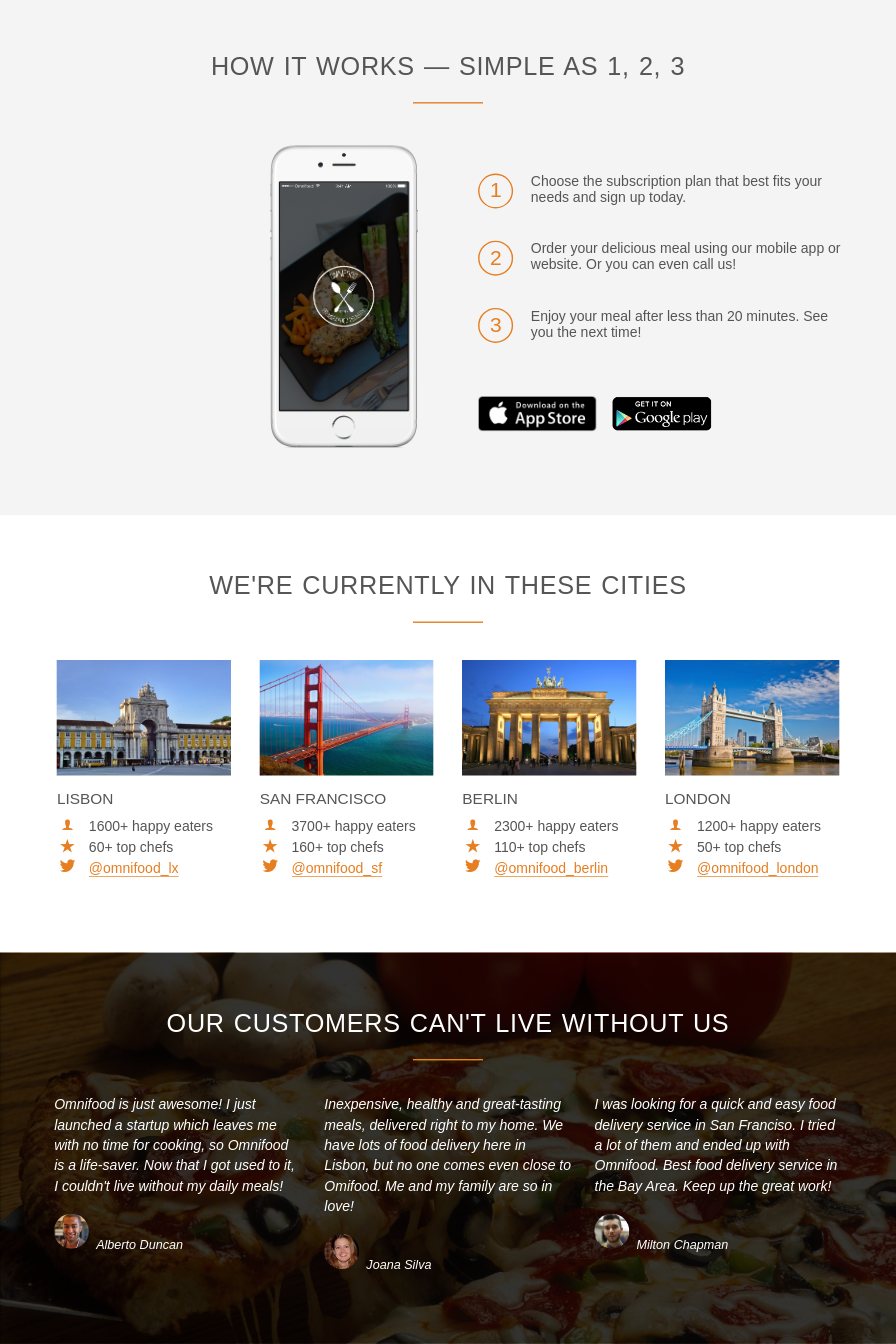
Repository: pboi18/E-Foods
Page: index.html
The author's editor kept a copy of each file at every save. The page is drawn from the files as they stood at one save, then again after the next save.
The browser window is 1280 px wide. The pictures show the part of the page from y = 1927 to 3847 px (the page is 3847 px tall before and 3838 px after), at 70% of full size.
Backgrounds fixed to the window are drawn as part of the page.

Above is the page before, as saved 2020-07-13 18:06:25.

After the next save:
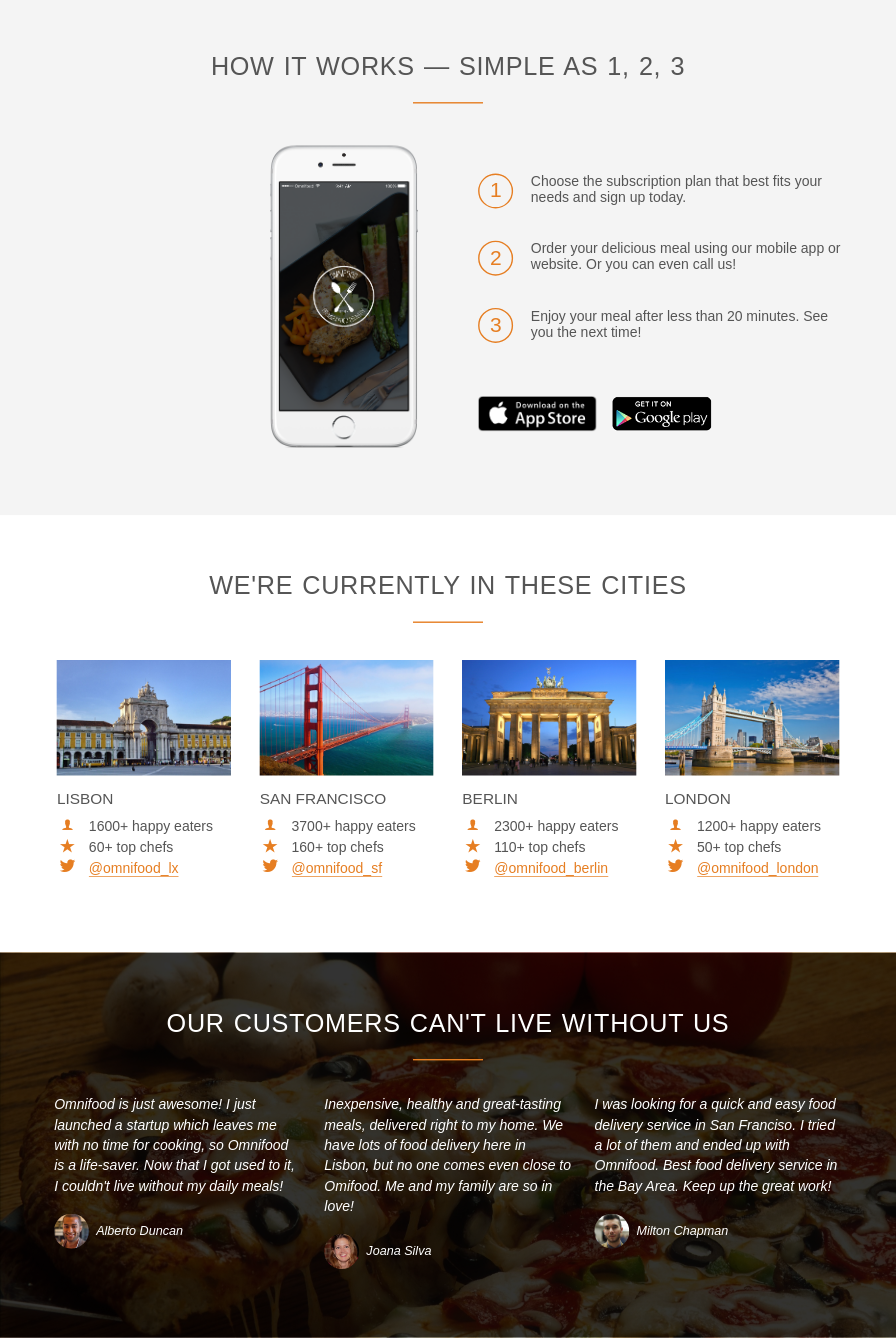
Saved 26 s later.
--- a/resources/css/style.css
+++ b/resources/css/style.css
@@ -404,4 +404,5 @@ cite img {
     height: 50px;
     border-radius: 50%;
     margin-right: 10px;
-}
+    vertical-align: middle;
+}
